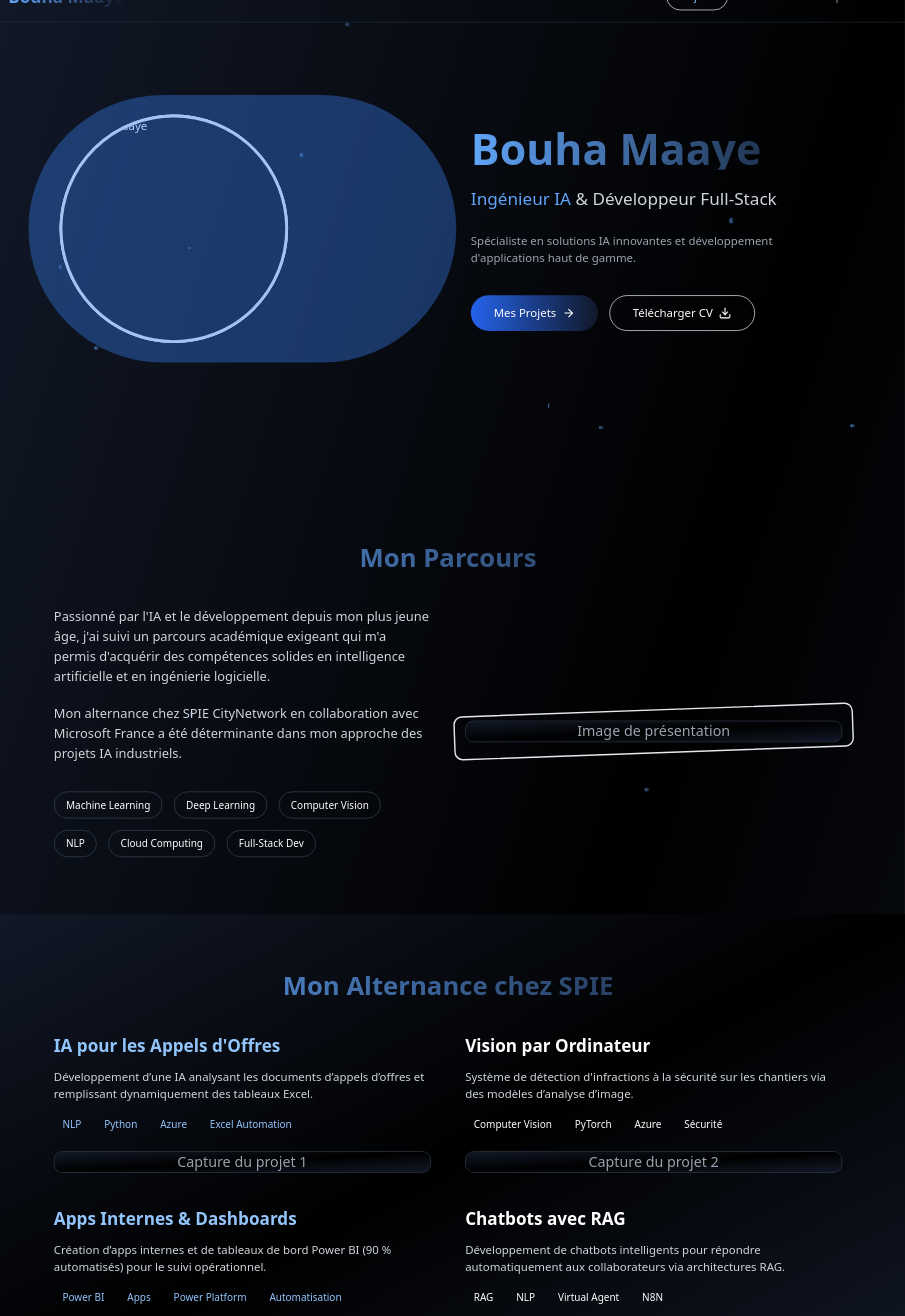
Repository: BouhaMaaye/portfolio
Page: /
These files come from the project's save history. The page is drawn as it stood at one moment and after the next save; the edit follows.
The browser window is 1280 px wide. The page is 1293 px wide, so the pictures cover 1293 px, including what lies to the right of the window. The pictures show the part of the page from y = 0 to 1880 px (the page is 4075 px tall), at 70% of full size.
The project was rebuilt for these pictures with package versions that can differ from the ones it lists, and the page was loaded fresh each time.

Above is the page before, as saved 2025-05-05 11:56:24.
Not found: your-profile-photo.jpg

After the next save:
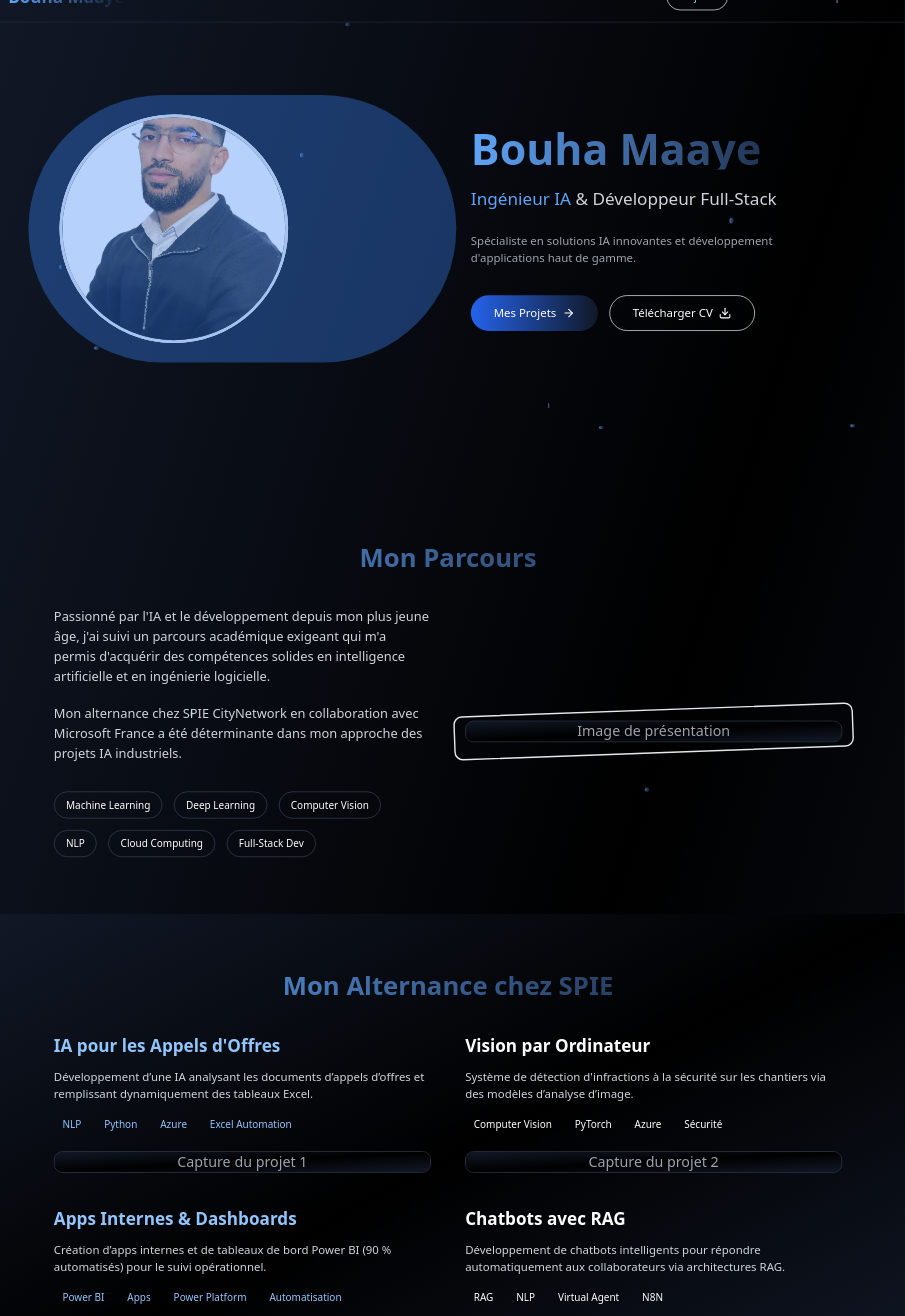
Saved 14 min 29 s later.
--- a/src/App.js
+++ b/src/App.js
@@ -2,6 +2,11 @@ import { motion, useScroll, useTransform, AnimatePresence } from "framer-motion"
 import { Github, Linkedin, Mail, ArrowRight, Download } from "lucide-react";
 import { useRef, useState } from "react";
 import "./index.css";
+import profilePhoto from './assets/images/photo.jpg';
+import Medease from './assets/images/Medease1.png';
+import Medease1 from './assets/images/Medease2.png';
+import Stocky from './assets/images/Stocky.jpg';
+
 
 // Composant pour les particules interactives
 const ParticleBackground = () => {
@@ -143,7 +148,8 @@ function App() {
                 />
                 <div className="relative w-full h-full rounded-full overflow-hidden border-4 border-white/10 shadow-[0_0_40px_rgba(59,130,246,0.3)]">
                   <img
-                    src="/your-profile-photo.jpg" // Remplacez par votre photo
+                    src={profilePhoto}
+                    // Remplacez par votre photo
                     alt="Bouha Maaye"
                     className="w-full h-full object-cover"
                   />
